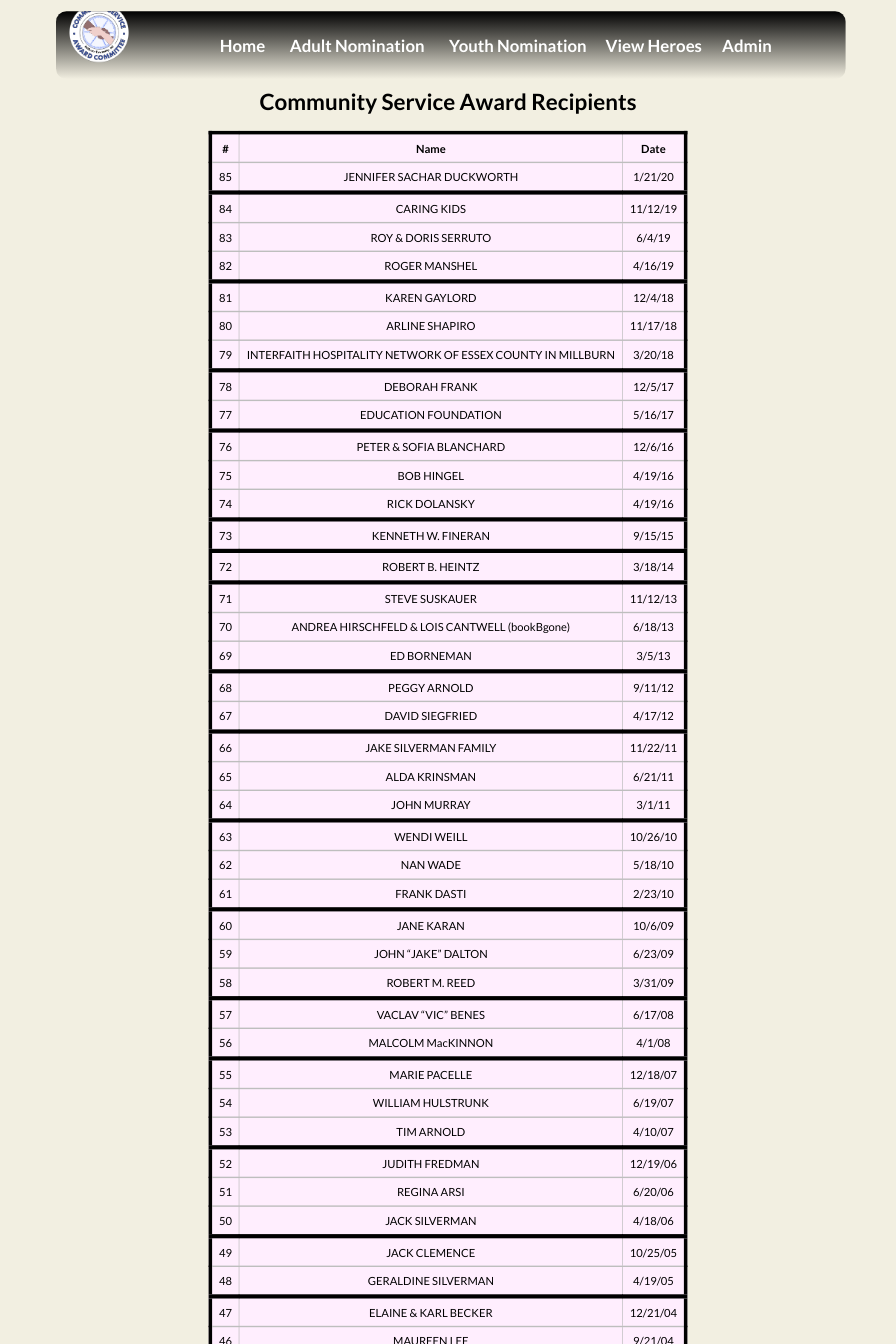
Repository: Centrattic/CSAC
Page: http://localhost/Frontend/before2020.php
These files come from the project's save history. The page is drawn as it stood at one moment and after the next save; the edit follows.
The browser window is 1280 px wide. The pictures show the part of the page from y = 0 to 1920 px (the page is 3839 px tall), at 70% of full size.
The page is run by PHP 8.4 with error messages shown; the project is at /var/www/html/.

Above is the page before, as saved 2020-12-24 08:45:50.

### Frontend/before2020.php
<?php
require '../Backend/functions.php';
session_start();
?>

<html>
  <head>
    <link href="https://fonts.googleapis.com/css2?family=Lato:ital,wght@0,400;0,700;1,300;1,400&display=swap" rel="stylesheet">

    <link rel = "stylesheet" href = "../CSS/navbar.css">
  </head>

  <body>

    <?php
        navbar();
    ?>

    <h1> Community Service Award Recipients</h1> <!-- Most recent first!!! -->
    <br>

    <style>
        h1 {
            font-size: 2em;
        }

        #before2020-table {
            margin: 0 auto;
            border: 5px solid black;
            border-radius: 0px;
            background-color: #FFEEFE;
            width: 60%;
        }

        th,td {
            padding: 10px;
        }

        /*td:nth-child(1) {
            border-right: 2px solid black;
            border-radius: 0px;
            padding-bottom: 0px;
            margin-bottom: 0px;
        }*/

        tr {
            border: 2px solid #BEBEBE;
        }

        .last-of-year {
            border-bottom: 6px solid black;
        }

    </style>

    <table id = "before2020-table" rules = "all">
        <tr>
            <th> # </th>
            <th> Name </th>
            <th> Date </th>
        </tr>
        <!-- Most to least recent-->


        <tr class = "last-of-year">
            <td> 85 </td>
            <td> JENNIFER SACHAR DUCKWORTH </td>
            <td> 1/21/20 </td>
        </tr>

		<tr>
            <td> 84 </td>
            <td> CARING KIDS </td>
            <td> 11/12/19 </td>
        </tr>

		<tr>
            <td> 83 </td>
            <td> ROY & DORIS SERRUTO </td>
            <td> 6/4/19 </td>
        </tr>

		<tr class = "last-of-year">
            <td> 82 </td>
            <td> ROGER MANSHEL</td>
            <td> 4/16/19 </td>
        </tr>

		<tr>
            <td> 81 </td>
            <td> KAREN GAYLORD </td>
            <td> 12/4/18 </td>
        </tr>

		<tr>
            <td> 80 </td>
            <td> ARLINE SHAPIRO</td>
            <td> 11/17/18 </td>
        </tr>

		<tr class = "last-of-year">
            <td> 79 </td>
            <td> INTERFAITH HOSPITALITY NETWORK OF ESSEX COUNTY IN MILLBURN </td>
            <td> 3/20/18 </td>
        </tr>

		<tr>
            <td> 78 </td>
            <td> DEBORAH FRANK </td>
            <td> 12/5/17 </td>
        </tr>

		<tr class = "last-of-year">
            <td> 77 </td>
            <td> EDUCATION FOUNDATION </td>
            <td> 5/16/17 </td>
        </tr>
		<tr>
            <td> 76 </td>
            <td> PETER & SOFIA BLANCHARD </td>
            <td> 12/6/16 </td>
        </tr>

		<tr>
            <td> 75 </td>
            <td> BOB HINGEL </td>
            <td> 4/19/16 </td>
        </tr>

		<tr class = "last-of-year">
            <td> 74 </td>
            <td> RICK DOLANSKY </td>
            <td> 4/19/16 </td>
        </tr>

		<tr class = "last-of-year">
            <td> 73 </td>
            <td> KENNETH W. FINERAN </td>
            <td> 9/15/15 </td>
        </tr>

		<tr class = "last-of-year">
            <td> 72 </td>
            <td> ROBERT B. HEINTZ </td>
            <td> 3/18/14 </td>
        </tr>

		<tr>
            <td> 71 </td>
            <td> STEVE SUSKAUER </td>
            <td> 11/12/13 </td>
        </tr>

		<tr>
            <td> 70 </td>
            <td> ANDREA HIRSCHFELD & LOIS CANTWELL (bookBgone) </td>
            <td> 6/18/13 </td>
        </tr>

		<tr class = "last-of-year">
            <td> 69 </td>
            <td> ED BORNEMAN </td>
            <td> 3/5/13 </td>
        </tr>

		<tr>
            <td> 68 </td>
            <td> PEGGY ARNOLD </td>
            <td> 9/11/12 </td>
        </tr>

		<tr class = "last-of-year">
            <td> 67 </td>
            <td> DAVID SIEGFRIED </td>
            <td> 4/17/12 </td>
        </tr>

		<tr>
            <td> 66 </td>
            <td> JAKE SILVERMAN FAMILY </td>
            <td> 11/22/11 </td>
        </tr>

		<tr>
            <td> 65 </td>
            <td> ALDA KRINSMAN </td>
            <td> 6/21/11 </td>
        </tr>

		<tr class = "last-of-year">
            <td> 64 </td>
            <td> JOHN MURRAY </td>
            <td> 3/1/11 </td>
        </tr>

		<tr>
            <td> 63 </td>
            <td> WENDI WEILL </td>
            <td> 10/26/10 </td>
        </tr>

		<tr>
            <td> 62 </td>
            <td> NAN WADE </td>
            <td> 5/18/10 </td>
        </tr>

        <tr class = "last-of-year">
            <td> 61 </td>
            <td> FRANK DASTI </td>
            <td> 2/23/10 </td>
        </tr>

        <tr>
            <td> 60 </td>
            <td> JANE KARAN </td>
            <td> 10/6/09 </td>
        </tr>

        <tr>
            <td> 59 </td>
            <td> JOHN “JAKE” DALTON </td>
            <td> 6/23/09 </td>
        </tr>

        <tr class = "last-of-year">
            <td> 58 </td>
            <td> ROBERT M. REED </td>
            <td> 3/31/09 </td>
        </tr>

        <tr>
            <td> 57 </td>
            <td> VACLAV “VIC” BENES </td>
            <td> 6/17/08 </td>
        </tr>

		<tr class = "last-of-year">
            <td> 56 </td>
            <td> MALCOLM MacKINNON </td>
            <td> 4/1/08 </td>
        </tr>

		<tr>
            <td> 55 </td>
            <td> MARIE PACELLE </td>
            <td> 12/18/07 </td>
        </tr>

		<tr>
            <td> 54 </td>
            <td> WILLIAM HULSTRUNK </td>
            <td> 6/19/07 </td>
        </tr>

		<tr class = "last-of-year">
            <td> 53 </td>
            <td> TIM ARNOLD </td>
            <td> 4/10/07 </td>
        </tr>

		<tr>
            <td> 52 </td>
            <td> JUDITH FREDMAN </td>
            <td> 12/19/06 </td>
        </tr>

		<tr>
            <td> 51 </td>
            <td> REGINA ARSI </td>
            <td> 6/20/06 </td>
        </tr>

		<tr class = "last-of-year">
            <td> 50 </td>
            <td> JACK SILVERMAN </td>
            <td> 4/18/06 </td>
        </tr>

        <tr>
            <td> 49 </td>
            <td> JACK CLEMENCE </td>
            <td> 10/25/05 </td>
        </tr>

        <tr class = "last-of-year">
            <td> 48 </td>
            <td> GERALDINE SILVERMAN </td>
            <td> 4/19/05 </td>
        </tr>

        <tr>
            <td> 47 </td>
            <td> ELAINE & KARL BECKER </td>
            <td> 12/21/04 </td>
        </tr>

		<tr>
            <td> 46 </td>
            <td> MAUREEN LEE </td>
            <td> 9/21/04 </td>
        </tr>

		<tr>
            <td> 45 </td>
            <td> ANNE V. SMITH </td>
            <td> 6/15/04 </td>
        </tr>

		<tr class = "last-of-year">
            <td> 44 </td>
            <td> W. OWEN LAMPE </td>
            <td> 4/8/04 </td>
        </tr>

		<tr>
            <td> 43 </td>
            <td> EVA GOTTSCHO </td>
            <td> 12/2/03 </td>
        </tr>

		<tr class = "last-of-year">
            <td> 42 </td>
            <td> WILLIAM E. JUDES </td>
            <td> 6/10/03 </td>
        </tr>

		<tr>
            <td> 41 </td>
            <td> DELIA WALBRIDGE </td>
            <td> 12/3/02 </td>
        </tr>

		<tr>
            <td> 40 </td>
            <td> SHARON & AVI BRENDER </td>
            <td> 9/10/02 </td>
        </tr>

		<tr class = "last-of-year">
            <td> 39 </td>
            <td> ANGELO Del ROSSI </td>
            <td> 6/11/02 </td>
        </tr>

		<tr>
            <td> 38 </td>
            <td> LOUISE GILI </td>
            <td> 11/20/01 </td>
        </tr>

		<tr>
            <td> 37 </td>
            <td> THOMAS J. EAKLEY </td>
            <td> 8/21/01 </td>
        </tr>

		<tr class = "last-of-year">
            <td> 36 </td>
            <td> SHERMAN T. BREWER, JR. </td>
            <td> 3/20/01 </td>
        </tr>

		<tr>
            <td> 35 </td>
            <td> MARK GUTERMAN </td>
            <td> 12/5/00 </td>
        </tr>

		<tr>
            <td> 34 </td>
            <td> ELEANOR T. McGLAUGHLIN </td>
            <td> 9/19/00 </td>
        </tr>

		<tr>
            <td> 33 </td>
            <td> JOAN DAESCHLER </td>
            <td> 6/13/00 </td>
        </tr>

		<tr class = "last-of-year">
            <td> 32 </td>
            <td> WALTER JEFFREY, JR. </td>
            <td> 4/18/00 </td>
        </tr>

		<tr>
            <td> 31 </td>
            <td> DR. PAUL KEARNEY </td>
            <td> 11/9/99 </td>
        </tr>

		<tr class = "last-of-year">
            <td> 30 </td>
            <td> LEIGH GIFFORD </td>
            <td> 4/13/99 </td>
        </tr>

		<tr>
            <td> 29 </td>
            <td> LYNNE RANIERI </td>
            <td> 12/15/98 </td>
        </tr>

		<tr>
            <td> 28 </td>
            <td> ELAINE BIRNHOLZ </td>
            <td> 10/20/98 </td>
        </tr>

		<tr>
            <td> 27 </td>
            <td> NANCY GOAT </td>
            <td> 6/9/98 </td>
        </tr>

		<tr class = "last-of-year">
            <td> 26 </td>
            <td> JAMES LAURIE </td>
            <td> 3/17/98 </td>
        </tr>

		<tr>
            <td> 25 </td>
            <td> JOAN BORNEMAN </td>
            <td> 12/16/97 </td>
        </tr>

		<tr>
            <td> 24 </td>
            <td> PHYLLIS KINGSBURY </td>
            <td> 10/7/97 </td>
        </tr>

		<tr>
            <td> 23 </td>
            <td> LINDSEY REBECCA HUSTON </td>
            <td> 6/24/97 </td>
        </tr>

		<tr class = "last-of-year">
            <td> 22 </td>
            <td> ALFRED H. CONNELLEE </td>
            <td> 4/19/97 </td>
        </tr>

		<tr>
            <td> 21 </td>
            <td> HARRIET LOWENGRUB </td>
            <td> 12/3/96 </td>
        </tr>

		<tr>
            <td> 20 </td>
            <td> JOHN S. WARE </td>
            <td> 6/25/96 </td>
        </tr>

        <tr class = "last-of-year">
            <td> 19 </td>
            <td> SUSANNAH J. LIKINS </td>
            <td> 3/19/96 </td>
        </tr>

        <tr>
            <td> 18 </td>
            <td> IRIS STOLOFF </td>
            <td> 12/5/95 </td>
        </tr>

        <tr>
            <td> 17 </td>
            <td> DOUGLAS REED </td>
            <td> 9/5/95 </td>
        </tr>

		<tr>
            <td> 16 </td>
            <td> CHARLES T. & DOROTHY KING </td>
            <td> 6/27/95 </td>
        </tr>

		<tr class = "last-of-year">
            <td> 15 </td>
            <td> ROBERT E. MARSHALL </td>
            <td> 3/21/95 </td>
        </tr>

        <tr>
            <td> 14 </td>
            <td> LOUIS J. KURTZ </td>
            <td> 2/6/94 </td>
        </tr>

		<tr>
            <td> 13 </td>
            <td> LEZETTE PROUD </td>
            <td> 9/13/94 </td>
        </tr>

		<tr class = "last-of-year">
            <td> 12 </td>
            <td> LAUREN HUSTON </td>
            <td> 6/14/94 </td>
        </tr>

		<tr>
            <td> 11 </td>
            <td> DONALD L. CAMPBELL </td>
            <td> 7/6/93 </td>
        </tr>

		<tr class = "last-of-year">
            <td> 10 </td>
            <td> MAUREEN S. SILVER </td>
            <td> 4/27/93 </td>
        </tr>

        <tr>
            <td> 9 </td>
            <td> STEPHEN LEIT </td>
            <td> 6/16/92 </td>
        </tr>

        <tr>
            <td> 8 </td>
            <td> MURIEL SCHWARTZSTEIN </td>
            <td> 5/5/92 </td>
        </tr>

        <tr class = "last-of-year">
            <td> 7 </td>
            <td> EVELYN ORTNER </td>
            <td> 3/3/92 </td>
        </tr>

        <tr>
            <td> 6 </td>
            <td> LINDA McDONOUGH </td>
            <td> 12/17/91 </td>
        </tr>

        <tr>
            <td> 5 </td>
            <td> ALFRED T. PEDECINE </td>
            <td> 9/3/91 </td>
        </tr>

        <tr>
            <td> 4 </td>
            <td> EDITH CONNELLEE </td>
            <td> 8/16/91 </td>
        </tr>

        <tr>
            <td> 3 </td>
            <td> LORI FRIEDMAN </td>
            <td> 6/11/91 </td>
        </tr>

        <tr>
            <td> 2 </td>
            <td> WILLIAM CONROE </td>
            <td> 5/21/91 </td>
        </tr>

        <tr>
            <td> 1 </td>
            <td> ELIZABETH NAUGHTON </td>
            <td> 5/5/91 </td>
        </tr>

    </table>



</body>
</html>

### CSS/navbar.css
* {
    text-align: center;
    padding: 2px;
    margin: 2px;
    font-family: 'Lato', sans-serif;
    font-size: 1em;
}

body {
    background-color: #F2EFE1;
}

#logo {
    display: inline-flex;
    align-items: end;
    justify-content: center;
    width: 10%;
    float: left;
    height: 10%;
 }

#logo img {
  width: 85px;
  height: 85px;
}


.menu-area li{
    display: inline;
    color: white;
    font-weight: bold;
    font-size: 1.5em;
    padding-bottom: 10px;
}

.menu-area .non-dropdown a{
    display: inline-block;
    padding: 30px 10px;
    color: white;
    box-sizing: border-box;

}

.menu-area a {
    text-decoration: none;
    color: white;
}

.menu-area .nav-dropdown .dropdown-content li a{
    display: inline-block;
    text-align: center;
    padding: 14px 16px;
    text-decoration: none;
}

.menu-area {
    width: 100%;
    background-image: linear-gradient(black, #F2EFE1);
    overflow: hidden;
    border-radius: 15px;
}

.menu-area .non-dropdown:hover{
    border-radius: 0px;
    border-bottom: 10px solid aliceblue;
}

.menu-area li a {
    box-sizing: border-box;
}

.nav-dropbtn {
    text-decoration: none;
    color: white;
}

/*FIX THIS LATER*/


#logout {
    all: unset;
}

body {
    margin: 0 5%;
}

/* ------------------*/



li.nav-dropdown {
    display: inline-block;
}

.dropdown-content {
    display: none;
    position: absolute;
    background-color: #f9f9f9;
    min-width: 150px;
    box-shadow: 0px 8px 16px 0px rgba(0,0,0,0.2);
    z-index: 1;

}

.dropdown-content a {
    color: black;
    padding: 12px 16px;
    text-decoration: none;
    display: block;
    font-size: .9em;
    text-align: left;
}


.dropdown-content a:hover {
    background-color: #f1f1f1;
}


.nav-dropdown:hover .dropdown-content {
    display: block;
    border-radius: 0px;
}


/* Footer*/



.site-footer {
    background-color: #E2DECC;
      text-align: center;
      margin: 10px 0;
      padding: 10px 0;
  }

  #social-wrapper {
      text-align: center;
  }

  /*Social Media Icons*/
  .social-wrapper {
      text-align: center;
  }

  .social-wrapper ul li {
      display: inline;
      margin: 0 5px;
  }

  .twitter-icon,
  .facebook-icon,
  .instagram-icon,
  .linkedin-icon,
  .googleplus-icon,
  .youtube-icon,
  .foursquare-icon{
      margin-top: .625em;
      width: 40px;
      height: 40px;
      opacity: .6;
      filter: alpha(opacity=60); /* For IE8 and earlier */
    border-radius: 25px;
  }

  .twitter-icon:hover,
  .facebook-icon:hover,
  .instagram-icon:hover,
  .linkedin-icon:hover,
  .googleplus-icon:hover,
  .youtube-icon:hover,
  .foursquare-icon:hover {
      opacity: 1.0;
      filter: alpha(opacity=100); /* For IE8 and earlier */
  }

  .footer-nav p {
      text-align: center;
  }

Loaded but not shown: Backend/functions.php (846 lines, source omitted)

After the next save:
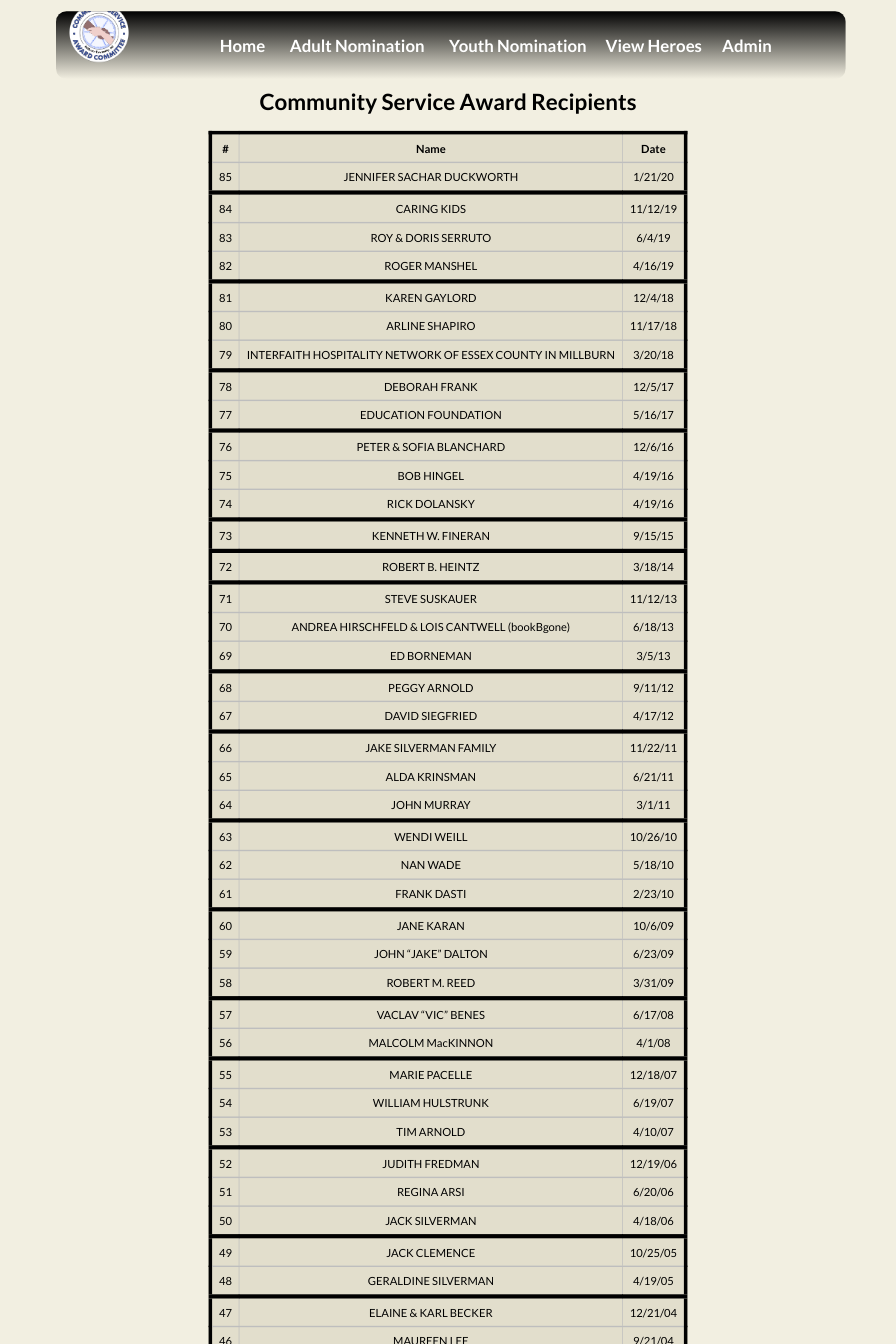
Saved 26 s later.
--- a/Frontend/before2020.php
+++ b/Frontend/before2020.php
@@ -28,7 +28,7 @@ session_start();
             margin: 0 auto;
             border: 5px solid black;
             border-radius: 0px;
-            background-color: #FFEEFE;
+            background-color: #E2DECC;
             width: 60%;
         }
 
